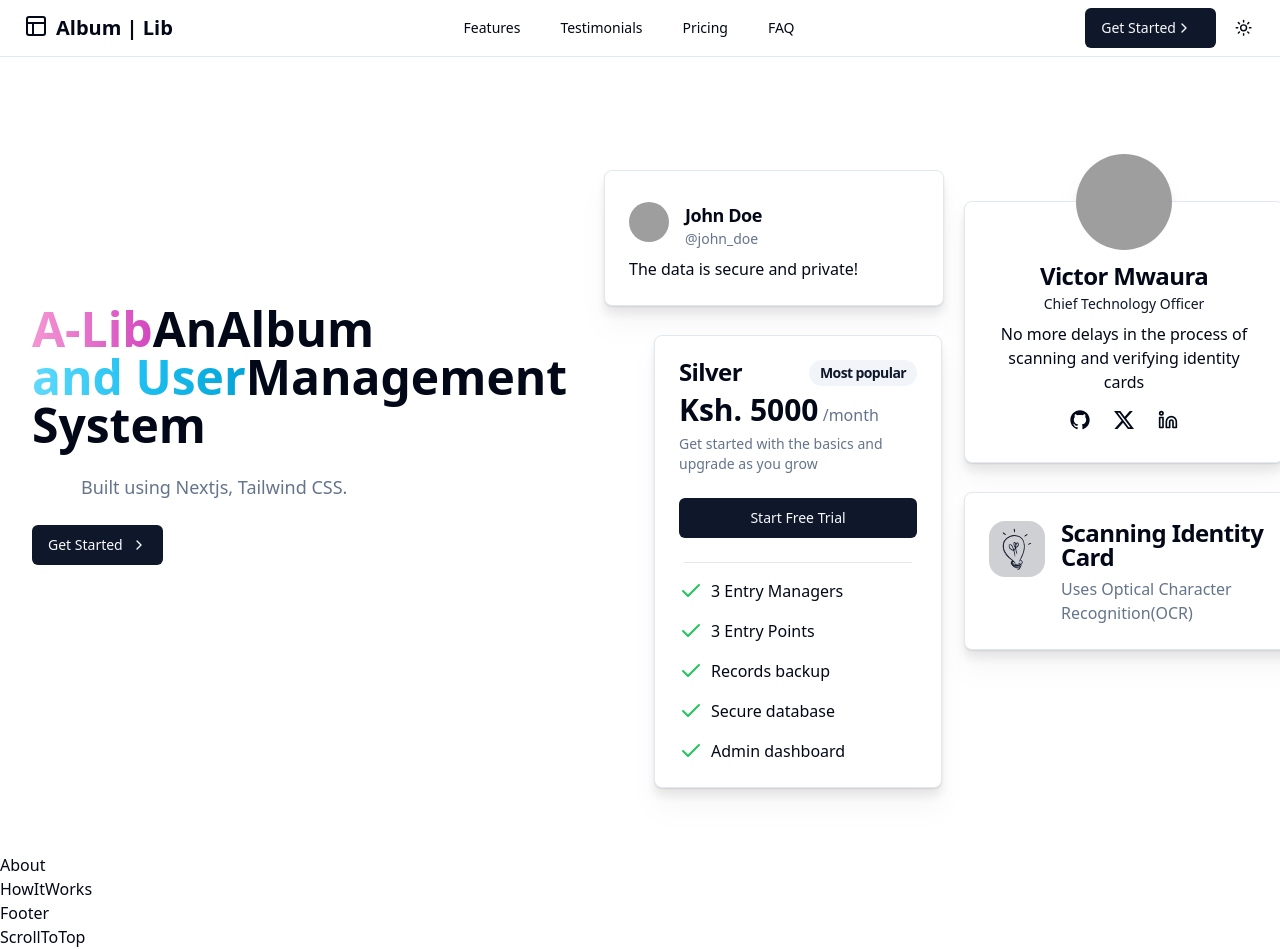
Repository: DevLaukey/savannah-informatics-test
Page: /
The author's editor kept a copy of each file at every save. The page is drawn from the files as they stood at one save, then again after the next save.
The browser window is 1280 px wide. The pictures show the whole page.
Pictures or frames that could not be fetched are drawn as grey boxes. The project was rebuilt for these pictures with package versions that can differ from the ones it lists, and the page was loaded fresh each time. The framework's server and built-in components were replaced by stand-ins that run in the browser. Also part of the build but not shown: next.config.mjs.

Above is the page before, as saved 2024-06-04 22:05:59.

### app/layout.jsx
import "./globals.css";
import { Inter as FontSans } from "next/font/google";

import { cn } from "@/lib/utils";
import { ThemeProvider } from "@/lib/theme-provider";

const fontSans = FontSans({
  subsets: ["latin"],
  variable: "--font-sans",
});

export default function RootLayout({ children }) {
  return (
    <html lang="en" suppressHydrationWarning>
      <head />
      <body
        className={cn(
          "min-h-screen bg-background font-sans antialiased",
          fontSans.variable
        )}
      >
        <ThemeProvider
          attribute="class"
          defaultTheme="system"
          enableSystem
          disableTransitionOnChange
        >
          {children}
        </ThemeProvider>
      </body>
    </html>
  );
}

### app/page.jsx
import Footer from "@/components/Footer";
import About from "@/components/landing-page/About";
import Hero from "@/components/landing-page/Hero";
import HowItWorks from "@/components/landing-page/HowItWorks";
import Navbar from "@/components/Navbar";
import ScrollToTop from "@/components/ScrollToTop";


// this is the landing page
export default function Home() {
  return (
    <>
      <Navbar />
      <Hero />
      <About />
      <HowItWorks />
      <Footer />
      <ScrollToTop />
    </>
  );
}

### components/landing-page/Hero.jsx
import { ChevronRight } from "lucide-react";
import { HeroCards } from "./HeroCards";
import { Button, buttonVariants } from "@/components/ui/button";

const Hero = () => {
  return (
    <section className="container mx-auto grid grid-cols-1 md:grid-cols-2 place-items-center py-20 md:py-32 gap-10 overflow-hidden">
      <div className="text-center md:text-left space-y-6">
        <main className="text-3xl md:text-5xl font-bold">
          <h1 className="inline-block">
            <span className="inline bg-gradient-to-r from-[#F596D3] to-[#D247BF] text-transparent bg-clip-text">
              A-Lib
            </span>
            An
          </h1>
          Album
          <h2 className="inline-block">
            <span className="inline bg-gradient-to-r from-[#61DAFB] via-[#1fc0f1] to-[#03a3d7] text-transparent bg-clip-text">
              and User
            </span>
            Management System
          </h2>
        </main>

        <p className="text-lg text-muted-foreground md:w-10/12 mx-auto">
          Built using Nextjs, Tailwind CSS.
        </p>

        <Button
          type="button"
          className={
            "flex justify-center items-center " +
            buttonVariants({ variant: "primary" })
          }
        >
          Get Started
          <ChevronRight className="ml-2 h-4 w-4" />
        </Button>
      </div>

      {/* Hero cards sections */}
      <div className="z-10">
        <HeroCards />
      </div>

      {/* Shadow effect */}
      <div className="shadow"></div>
    </section>
  );
};

export default Hero;

### components/landing-page/HowItWorks.jsx
import React from 'react'

function HowItWorks() {
  return (
    <div>HowItWorks</div>
  )
}

export default HowItWorks

### components/ScrollToTop.jsx
import React from 'react'

function ScrollToTop() {
  return (
    <div>ScrollToTop</div>
  )
}

export default ScrollToTop

### components/landing-page/HeroCards.jsx
import { Avatar, AvatarFallback, AvatarImage } from "@/components/ui/avatar";
import { Badge } from "@/components/ui/badge";
import { Button, buttonVariants } from "@/components/ui/button";
import {
  Card,
  CardContent,
  CardDescription,
  CardHeader,
  CardTitle,
  CardFooter,
} from "@/components/ui/card";
import { Check, Linkedin } from "lucide-react";
import { LightBulbIcon } from "./LightBulbIcon";
import { GitHubLogoIcon } from "@radix-ui/react-icons";

export const HeroCards = () => {
  return (
    <div className="hidden lg:flex flex-row flex-wrap gap-8 relative w-[700px] h-[500px]">
      {/* Testimonial */}
      <Card className="absolute w-[340px] -top-[15px] drop-shadow-xl shadow-black/10 dark:shadow-white/10">
        <CardHeader className="flex flex-row items-center gap-4 pb-2">
          <Avatar>
            <AvatarImage alt="" src="https://github.com/shadcn.png" />
            <AvatarFallback>DK</AvatarFallback>
          </Avatar>

          <div className="flex flex-col">
            <CardTitle className="text-lg">John Doe </CardTitle>
            <CardDescription>@john_doe</CardDescription>
          </div>
        </CardHeader>

        <CardContent>The data is secure and private!</CardContent>
      </Card>

      {/* Team */}
      <Card className="absolute right-[20px] top-4 w-80 flex flex-col justify-center items-center drop-shadow-xl shadow-black/10 dark:shadow-white/10">
        <CardHeader className="mt-8 flex justify-center items-center pb-2">
          <img
            src="https://avatars.githubusercontent.com/u/63729244?s=400&u=e2bde62a1ba395f12dba8fe5ff52ba5f15a8755e&v=4"
            alt="user avatar"
            className="absolute grayscale-[0%] -top-12 rounded-full w-24 h-24 aspect-square object-cover"
          />
          <CardTitle className="text-center">Victor Mwaura</CardTitle>
          <CardDescription className="font-normal text-primary">
            Chief Technology Officer
          </CardDescription>
        </CardHeader>

        <CardContent className="text-center pb-2">
          <p>
            No more delays in the process of scanning and verifying identity
            cards
          </p>
        </CardContent>

        <CardFooter>
          <div>
            <a
              href="https://github.com/DevLaukey"
              target="_blank"
              className={buttonVariants({
                variant: "ghost",
                size: "sm",
              })}
            >
              <span className="sr-only">Github icon</span>
              <GitHubLogoIcon className="w-5 h-5" />
            </a>
            <a
              href="https://twitter.com/DLaukey"
              target="_blank"
              className={buttonVariants({
                variant: "ghost",
                size: "sm",
              })}
            >
              <span className="sr-only">X icon</span>
              <svg
                role="img"
                viewBox="0 0 24 24"
                xmlns="http://www.w3.org/2000/svg"
                className="fill-foreground w-5 h-5"
              >
                <title>X</title>
                <path d="M18.901 1.153h3.68l-8.04 9.19L24 22.846h-7.406l-5.8-7.584-6.638 7.584H.474l8.6-9.83L0 1.154h7.594l5.243 6.932ZM17.61 20.644h2.039L6.486 3.24H4.298Z" />
              </svg>
            </a>

            <a
              href="https://www.linkedin.com/in/devlaukey/"
              target="_blank"
              className={buttonVariants({
                variant: "ghost",
                size: "sm",
              })}
            >
              <span className="sr-only">Linkedin icon</span>
              <Linkedin size="20" />
            </a>
          </div>
        </CardFooter>
      </Card>

      {/* Pricing */}
      <Card className="absolute top-[150px] left-[50px] w-72  drop-shadow-xl shadow-black/10 dark:shadow-white/10">
        <CardHeader>
          <CardTitle className="flex item-center justify-between">
            Silver
            <Badge variant="secondary" className="text-sm text-primary">
              Most popular
            </Badge>
          </CardTitle>
          <div>
            <span className="text-3xl font-bold">Ksh. 5000</span>
            <span className="text-muted-foreground"> /month</span>
          </div>

          <CardDescription>
            Get started with the basics and upgrade as you grow
          </CardDescription>
        </CardHeader>

        <CardContent>
          <Button className="w-full">Start Free Trial</Button>
        </CardContent>

        <hr className="w-4/5 m-auto mb-4" />

        <CardFooter className="flex">
          <div className="space-y-4">
            {[
              "3 Entry Managers",
              "3 Entry Points",
              "Records backup",
              "Secure database",
              "Admin dashboard",
            ].map((benefit) => (
              <span key={benefit} className="flex">
                <Check className="text-green-500" />{" "}
                <h3 className="ml-2">{benefit}</h3>
              </span>
            ))}
          </div>
        </CardFooter>
      </Card>

      {/* Service */}
      <Card className="absolute w-[350px] -right-[10px] bottom-[35px] drop-shadow-xl shadow-black/10 dark:shadow-white/10">
        <CardHeader className="space-y-1 flex md:flex-row justify-start items-start gap-4">
          <div className="mt-1 bg-primary/20 p-1 rounded-2xl">
            <LightBulbIcon />
          </div>
          <div>
            <CardTitle>Scanning Identity Card</CardTitle>
            <CardDescription className="text-md mt-2">
              Uses Optical Character Recognition(OCR)
            </CardDescription>
          </div>
        </CardHeader>
      </Card>
    </div>
  );
};

### components/mode-toggle.jsx
import React from "react";
import { Button } from "@/components/ui/button";
import {
  DropdownMenu,
  DropdownMenuContent,
  DropdownMenuItem,
  DropdownMenuTrigger,
} from "@/components/ui/dropdown-menu";
import { useTheme } from "@/lib/theme-provider";
import { Moon, Sun } from "lucide-react";

export default function ModeToggle() {
  const { setTheme } = useTheme();

  return (
    <DropdownMenu>
      <DropdownMenuTrigger asChild>
        <Button variant="ghost" size="icon" className="ghost">
          <Sun className="h-[1.1rem] w-[1.2rem] rotate-0 scale-100 transition-all dark:-rotate-90 dark:scale-0" />
          <Moon className="absolute h-[1.1rem] w-[1.2rem] rotate-90 scale-0 transition-all dark:rotate-0 dark:scale-100" />
          <span className="sr-only">Toggle theme</span>
        </Button>
      </DropdownMenuTrigger>
      <DropdownMenuContent align="end">
        <DropdownMenuItem onClick={() => setTheme("light")}>
          Light
        </DropdownMenuItem>
        <DropdownMenuItem onClick={() => setTheme("dark")}>
          Dark
        </DropdownMenuItem>
        <DropdownMenuItem onClick={() => setTheme("system")}>
          System
        </DropdownMenuItem>
      </DropdownMenuContent>
    </DropdownMenu>
  );
}

### components/Icons.jsx
export const LogoIcon = () => {
  return (
    <svg
      xmlns="http://www.w3.org/2000/svg"
      viewBox="0 0 24 24"
      fill="none"
      stroke="currentColor"
      strokeWidth="2"
      strokeLinecap="round"
      strokeLinejoin="round"
      className="lucide lucide-panels-top-left mr-2 w-6 h-6"
    >
      <rect width="18" height="18" x="3" y="3" rx="2" />
      <path d="M3 9h18" />
      <path d="M9 21V9" />
    </svg>
  );
};

### components/ui/avatar.jsx
"use client"

import * as React from "react"
import * as AvatarPrimitive from "@radix-ui/react-avatar"

import { cn } from "@/lib/utils"

const Avatar = React.forwardRef(({ className, ...props }, ref) => (
  <AvatarPrimitive.Root
    ref={ref}
    className={cn("relative flex h-10 w-10 shrink-0 overflow-hidden rounded-full", className)}
    {...props} />
))
Avatar.displayName = AvatarPrimitive.Root.displayName

const AvatarImage = React.forwardRef(({ className, ...props }, ref) => (
  <AvatarPrimitive.Image
    ref={ref}
    className={cn("aspect-square h-full w-full", className)}
    {...props} />
))
AvatarImage.displayName = AvatarPrimitive.Image.displayName

const AvatarFallback = React.forwardRef(({ className, ...props }, ref) => (
  <AvatarPrimitive.Fallback
    ref={ref}
    className={cn(
      "flex h-full w-full items-center justify-center rounded-full bg-muted",
      className
    )}
    {...props} />
))
AvatarFallback.displayName = AvatarPrimitive.Fallback.displayName

export { Avatar, AvatarImage, AvatarFallback }

### components/ui/badge.jsx
import * as React from "react"
import { cva } from "class-variance-authority";

import { cn } from "@/lib/utils"

const badgeVariants = cva(
  "inline-flex items-center rounded-full border px-2.5 py-0.5 text-xs font-semibold transition-colors focus:outline-none focus:ring-2 focus:ring-ring focus:ring-offset-2",
  {
    variants: {
      variant: {
        default:
          "border-transparent bg-primary text-primary-foreground hover:bg-primary/80",
        secondary:
          "border-transparent bg-secondary text-secondary-foreground hover:bg-secondary/80",
        destructive:
          "border-transparent bg-destructive text-destructive-foreground hover:bg-destructive/80",
        outline: "text-foreground",
      },
    },
    defaultVariants: {
      variant: "default",
    },
  }
)

function Badge({
  className,
  variant,
  ...props
}) {
  return (<div className={cn(badgeVariants({ variant }), className)} {...props} />);
}

export { Badge, badgeVariants }

### components/ui/card.jsx
import * as React from "react"

import { cn } from "@/lib/utils"

const Card = React.forwardRef(({ className, ...props }, ref) => (
  <div
    ref={ref}
    className={cn("rounded-lg border bg-card text-card-foreground shadow-sm", className)}
    {...props} />
))
Card.displayName = "Card"

const CardHeader = React.forwardRef(({ className, ...props }, ref) => (
  <div
    ref={ref}
    className={cn("flex flex-col space-y-1.5 p-6", className)}
    {...props} />
))
CardHeader.displayName = "CardHeader"

const CardTitle = React.forwardRef(({ className, ...props }, ref) => (
  <h3
    ref={ref}
    className={cn("text-2xl font-semibold leading-none tracking-tight", className)}
    {...props} />
))
CardTitle.displayName = "CardTitle"

const CardDescription = React.forwardRef(({ className, ...props }, ref) => (
  <p
    ref={ref}
    className={cn("text-sm text-muted-foreground", className)}
    {...props} />
))
CardDescription.displayName = "CardDescription"

const CardContent = React.forwardRef(({ className, ...props }, ref) => (
  <div ref={ref} className={cn("p-6 pt-0", className)} {...props} />
))
CardContent.displayName = "CardContent"

const CardFooter = React.forwardRef(({ className, ...props }, ref) => (
  <div
    ref={ref}
    className={cn("flex items-center p-6 pt-0", className)}
    {...props} />
))
CardFooter.displayName = "CardFooter"

export { Card, CardHeader, CardFooter, CardTitle, CardDescription, CardContent }

Loaded but not shown: app/globals.css (common file); lib/utils.js (common file); components/Footer.jsx (common file); components/landing-page/About.jsx (common file); tailwind.config.js (82 lines, source omitted); lib/theme-provider.js (60 lines, source omitted); components/landing-page/LightBulbIcon.jsx (73 lines, source omitted); components/ui/dropdown-menu.jsx (157 lines, source omitted); components/ui/navigation-menu.jsx (104 lines, source omitted); components/ui/sheet.jsx (109 lines, source omitted); components/Navbar.jsx (125 lines, source omitted); components/ui/button.jsx (47 lines, source omitted); app/api/albums/route.js (no copy from this time; the picture is the same without it)

After the next save:
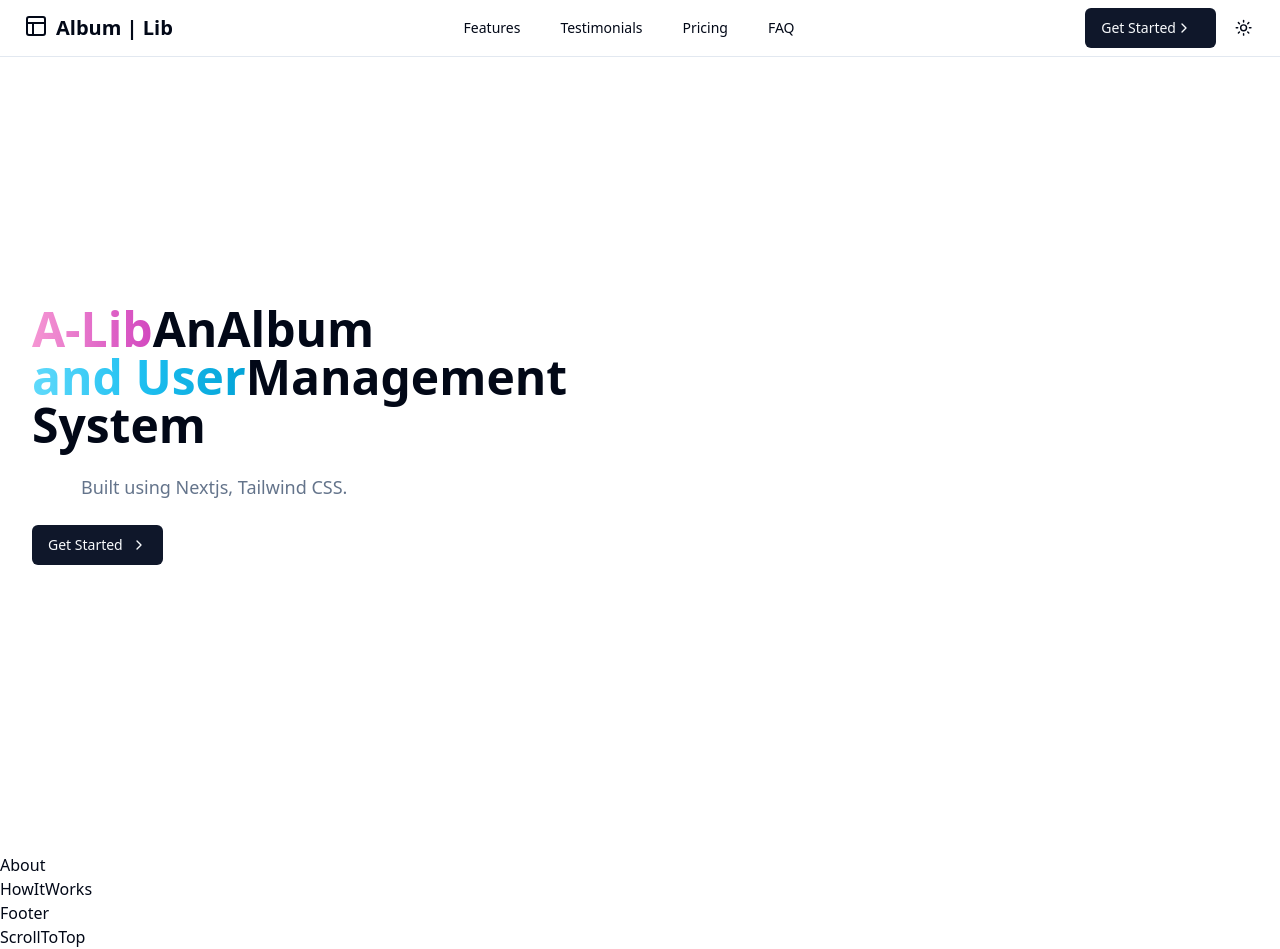
Saved 105 s later.
--- a/components/landing-page/HeroCards.jsx
+++ b/components/landing-page/HeroCards.jsx
@@ -15,7 +15,7 @@ import { GitHubLogoIcon } from "@radix-ui/react-icons";
 
 export const HeroCards = () => {
   return (
-    <div className="hidden lg:flex flex-row flex-wrap gap-8 relative w-[700px] h-[500px]">
+    <div className="hidden lg:flex flex-wrap gap-8 relative max-w-full h-[500px] overflow-hidden">
       {/* Testimonial */}
       <Card className="absolute w-[340px] -top-[15px] drop-shadow-xl shadow-black/10 dark:shadow-white/10">
         <CardHeader className="flex flex-row items-center gap-4 pb-2">
@@ -25,7 +25,7 @@ export const HeroCards = () => {
           </Avatar>
 
           <div className="flex flex-col">
-            <CardTitle className="text-lg">John Doe </CardTitle>
+            <CardTitle className="text-lg">John Doe</CardTitle>
             <CardDescription>@john_doe</CardDescription>
           </div>
         </CardHeader>
@@ -103,7 +103,7 @@ export const HeroCards = () => {
       </Card>
 
       {/* Pricing */}
-      <Card className="absolute top-[150px] left-[50px] w-72  drop-shadow-xl shadow-black/10 dark:shadow-white/10">
+      <Card className="absolute top-[150px] left-[50px] w-72 drop-shadow-xl shadow-black/10 dark:shadow-white/10">
         <CardHeader>
           <CardTitle className="flex item-center justify-between">
             Silver
@@ -137,7 +137,7 @@ export const HeroCards = () => {
               "Admin dashboard",
             ].map((benefit) => (
               <span key={benefit} className="flex">
-                <Check className="text-green-500" />{" "}
+                <Check className="text-green-500" />
                 <h3 className="ml-2">{benefit}</h3>
               </span>
             ))}
@@ -154,7 +154,7 @@ export const HeroCards = () => {
           <div>
             <CardTitle>Scanning Identity Card</CardTitle>
             <CardDescription className="text-md mt-2">
-              Uses Optical Character Recognition(OCR)
+              Uses Optical Character Recognition (OCR)
             </CardDescription>
           </div>
         </CardHeader>

After the save that followed:
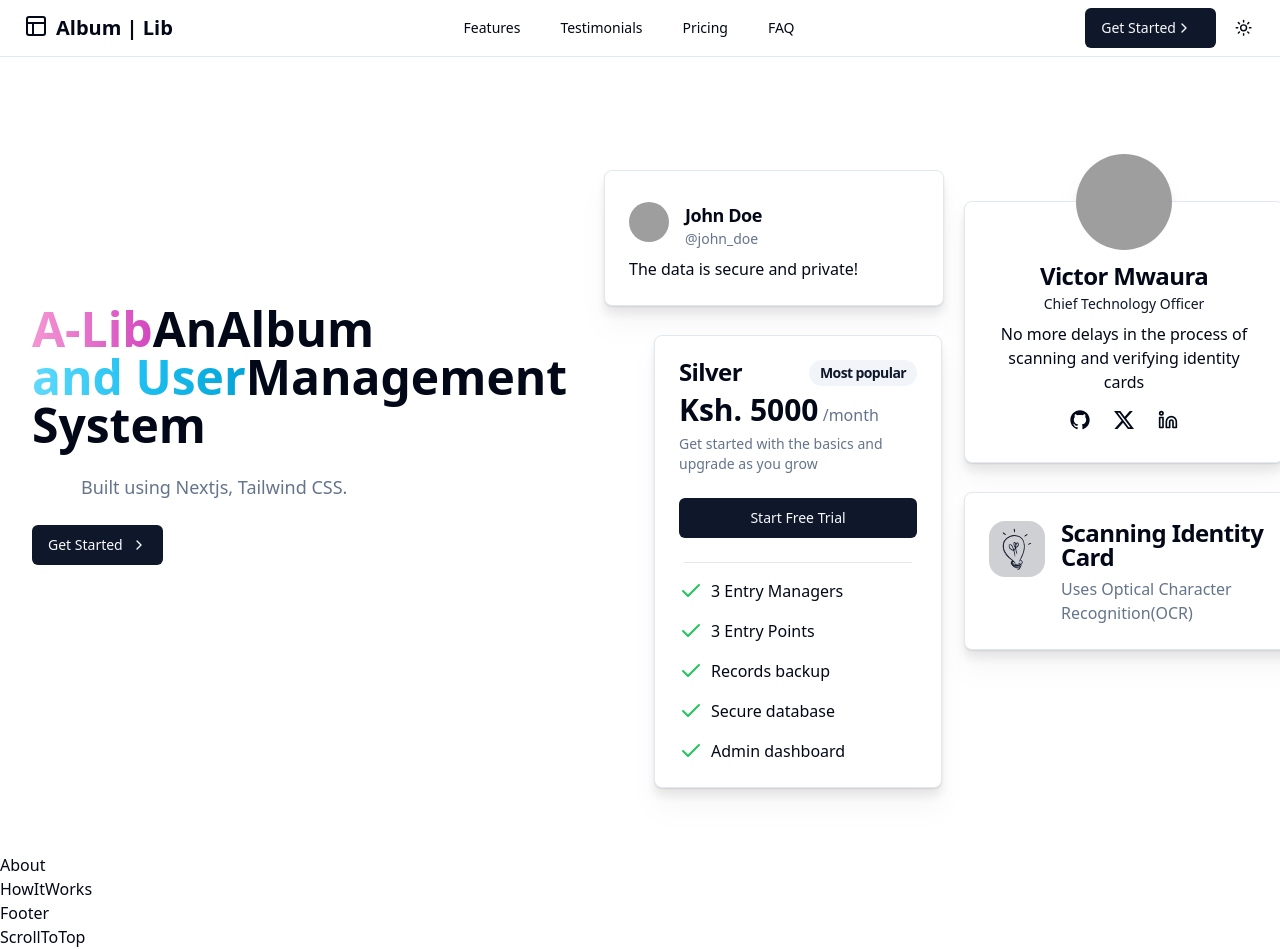
Saved 20 s later.
--- a/components/landing-page/HeroCards.jsx
+++ b/components/landing-page/HeroCards.jsx
@@ -15,7 +15,7 @@ import { GitHubLogoIcon } from "@radix-ui/react-icons";
 
 export const HeroCards = () => {
   return (
-    <div className="hidden lg:flex flex-wrap gap-8 relative max-w-full h-[500px] overflow-hidden">
+    <div className="hidden lg:flex flex-row flex-wrap gap-8 relative w-[700px] h-[500px]">
       {/* Testimonial */}
       <Card className="absolute w-[340px] -top-[15px] drop-shadow-xl shadow-black/10 dark:shadow-white/10">
         <CardHeader className="flex flex-row items-center gap-4 pb-2">
@@ -25,7 +25,7 @@ export const HeroCards = () => {
           </Avatar>
 
           <div className="flex flex-col">
-            <CardTitle className="text-lg">John Doe</CardTitle>
+            <CardTitle className="text-lg">John Doe </CardTitle>
             <CardDescription>@john_doe</CardDescription>
           </div>
         </CardHeader>
@@ -103,7 +103,7 @@ export const HeroCards = () => {
       </Card>
 
       {/* Pricing */}
-      <Card className="absolute top-[150px] left-[50px] w-72 drop-shadow-xl shadow-black/10 dark:shadow-white/10">
+      <Card className="absolute top-[150px] left-[50px] w-72  drop-shadow-xl shadow-black/10 dark:shadow-white/10">
         <CardHeader>
           <CardTitle className="flex item-center justify-between">
             Silver
@@ -137,7 +137,7 @@ export const HeroCards = () => {
               "Admin dashboard",
             ].map((benefit) => (
               <span key={benefit} className="flex">
-                <Check className="text-green-500" />
+                <Check className="text-green-500" />{" "}
                 <h3 className="ml-2">{benefit}</h3>
               </span>
             ))}
@@ -154,7 +154,7 @@ export const HeroCards = () => {
           <div>
             <CardTitle>Scanning Identity Card</CardTitle>
             <CardDescription className="text-md mt-2">
-              Uses Optical Character Recognition (OCR)
+              Uses Optical Character Recognition(OCR)
             </CardDescription>
           </div>
         </CardHeader>
